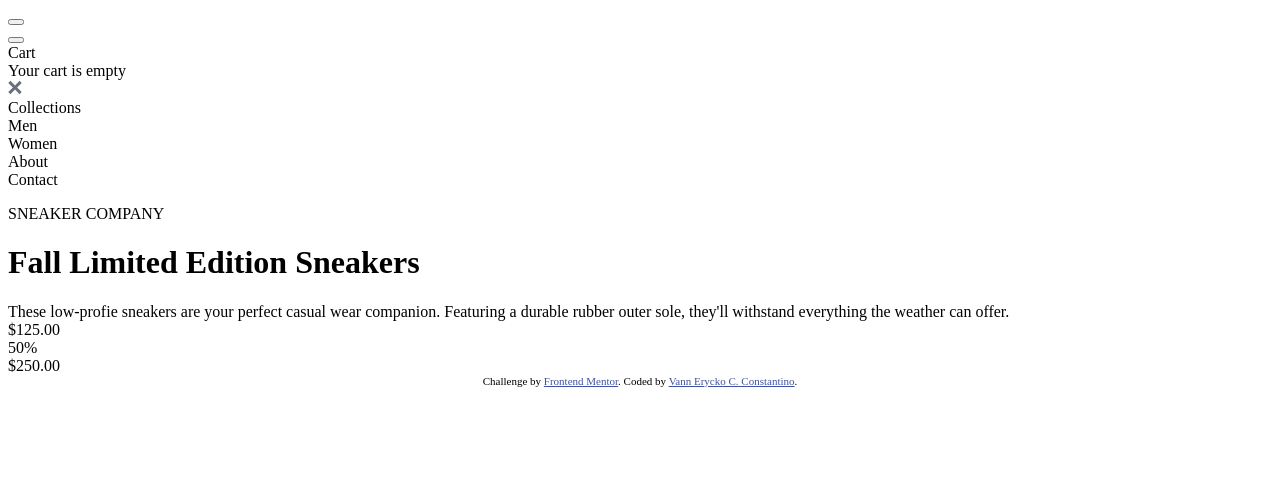
Repository: kocokoy/ecommerce-product-page
Page: src/template.html
An editor plug-in stored every save of this project. The page is shown before and after the next save, followed by the edit.
The browser window is 1280 px wide. The pictures show the whole page.
Some web fonts or font styles are not loaded; a fallback is used.

Above is the page before, as saved 2024-11-19 09:07:39.

After the next save:
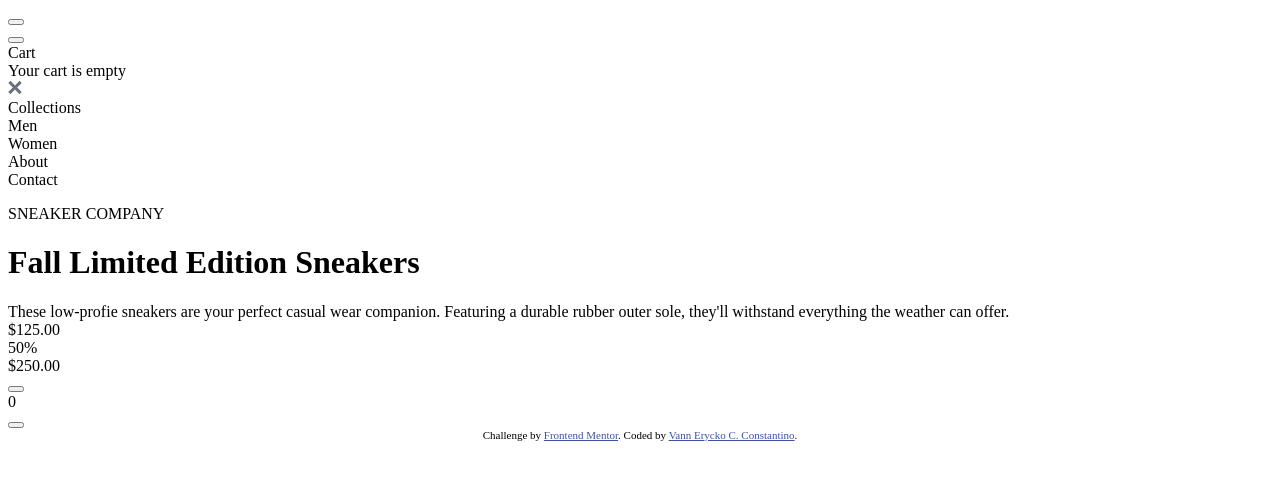
Saved 4 min 8 s later.
--- a/src/template.html
+++ b/src/template.html
@@ -55,7 +55,9 @@
         <div class="retail-price">$250.00</div>
       </div>
       <div class="item-info-quantity">
-
+        <button></button>
+        <div>0</div>
+        <button></button>
       </div>
       <div class="item-info-button">
       </div>
